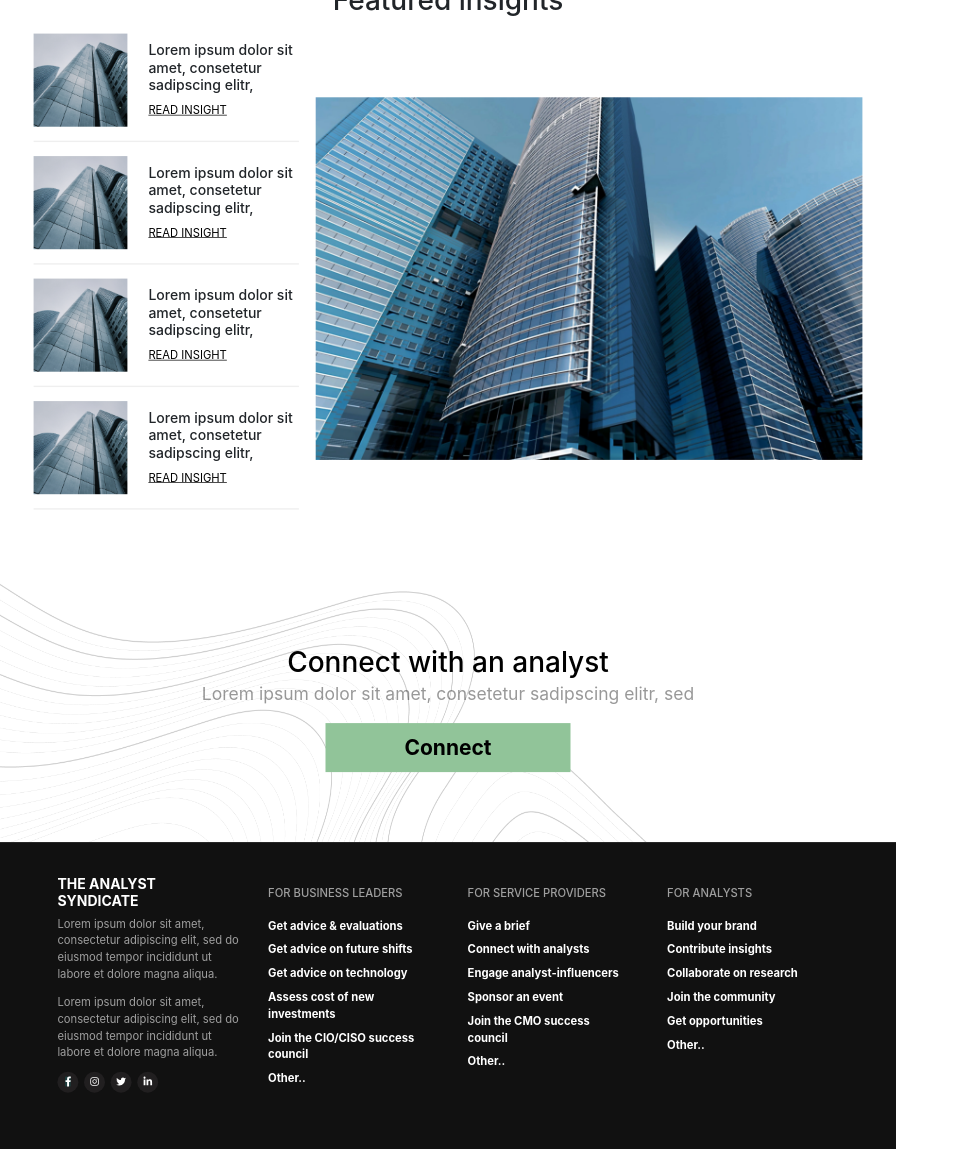
Repository: arif286/Business-webpage
Page: /
An editor plug-in stored every save of this project. The page is shown before and after the next save, followed by the edit.
The browser window is 1280 px wide. The page is 1361 px wide, so the pictures cover 1361 px, including what lies to the right of the window. The pictures show the part of the page from y = 2060 to 3820 px (the page is 3702 px tall before and 3820 px after), at 70% of full size.
The project was rebuilt for these pictures with package versions that can differ from the ones it lists, and the page was loaded fresh each time. Also part of the build but not shown: src/components/MainHeader/MainHeader.css, src/components/NotFound/NotFound.js.

Above is the page before, as saved 2021-05-27 21:21:24.

After the next save:
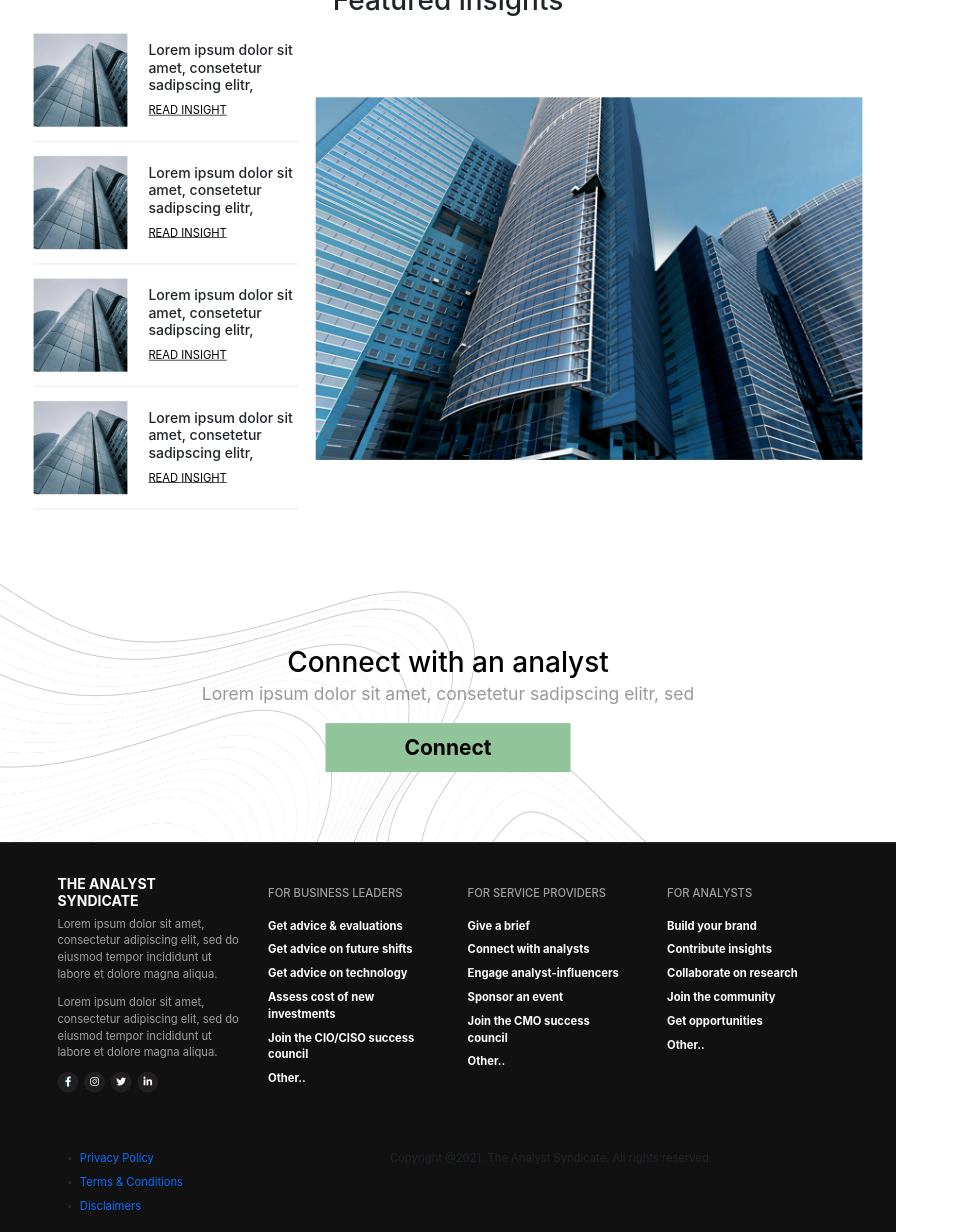
Saved 5 min 3 s later.
--- a/src/components/Footer/Footer.js
+++ b/src/components/Footer/Footer.js
@@ -1,13 +1,12 @@
 import {
     faFacebookF,
-
     faInstagram,
     faLinkedinIn,
     faTwitter
 } from "@fortawesome/free-brands-svg-icons";
 import { FontAwesomeIcon } from "@fortawesome/react-fontawesome";
 import React from "react";
-import { Container } from "react-bootstrap";
+import { Col, Container, Row } from "react-bootstrap";
 import "./Footer.css";
 import FooterCol from "./FooterCol";
 
@@ -111,6 +110,24 @@
           />
           <FooterCol key={3} menuTitle="FOR ANALYSTS" menuItems={Analysts} />
         </div>
+        <Row>
+          <Col md={12} lg={5}>
+            <ul>
+              <li>
+                <a href="http">Privacy Policy</a>
+              </li>
+              <li>
+                <a href="http">Terms & Conditions</a>
+              </li>
+              <li>
+                <a href="http">Disclaimers</a>
+              </li>
+            </ul>
+          </Col>
+          <Col md={12} lg={7}>
+            <p>Copyright @2021. The Analyst Syndicate. All rights reserved.</p>
+          </Col>
+        </Row>
       </Container>
     </footer>
   );
